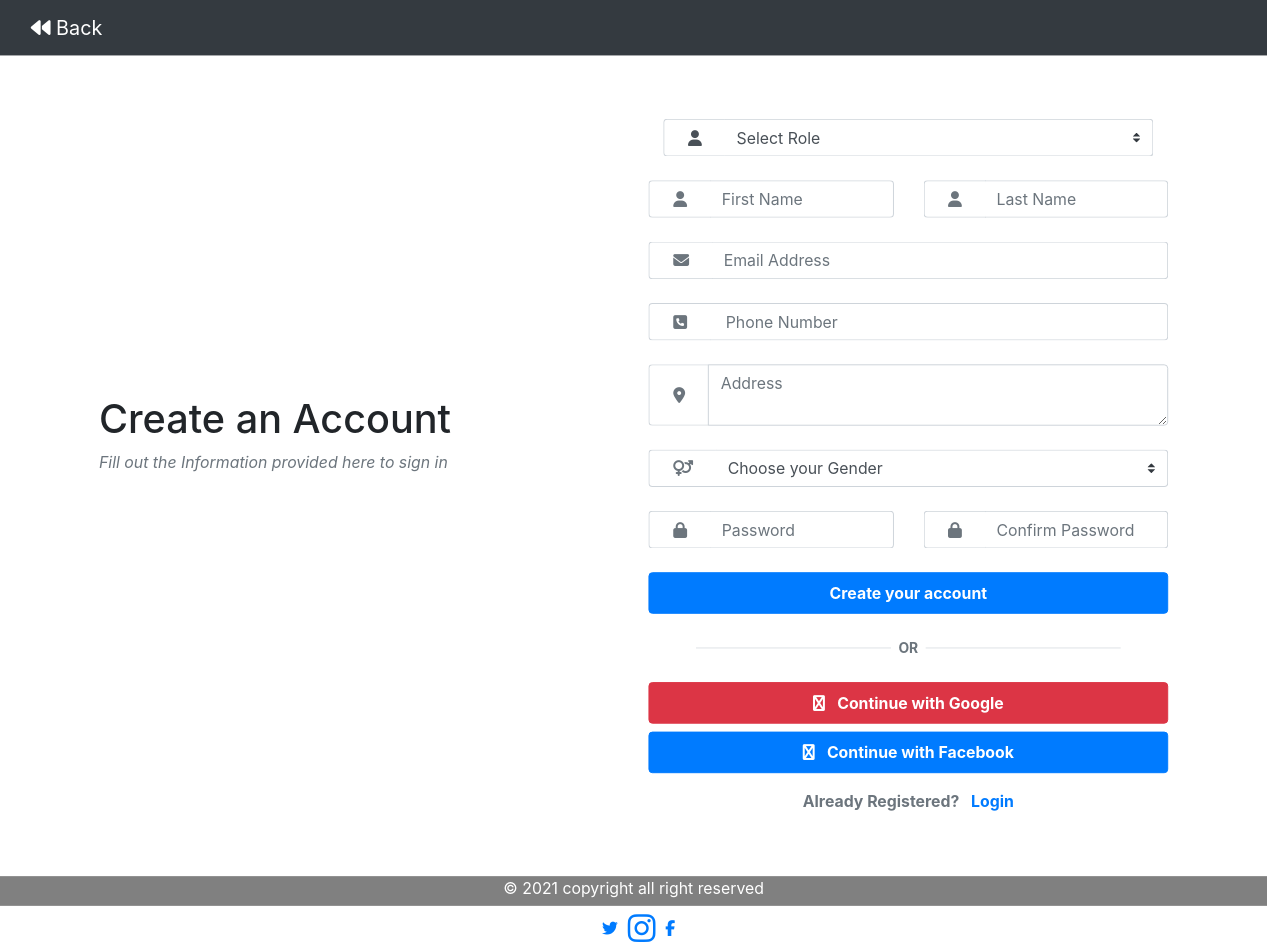
Repository: kalaprabhakar/Event_Management
Page: http://localhost/Event_Management_System/WEB-INF/pages/registration.jsp
An editor plug-in stored every save of this project. The page is shown before and after the next save, followed by the edit.
The browser window is 1280 px wide. The pictures show the whole page, at 99% of full size.
Some web libraries are served in a nearby version. The page is served by Tomcat 10. Nobody is signed in. The template is opened directly, without the code that normally fills it, so the values that code supplies are empty.

Above is the page before, as saved 2024-05-13 11:41:31.
Console error: ReferenceError: validatePassword is not defined

After the next save:
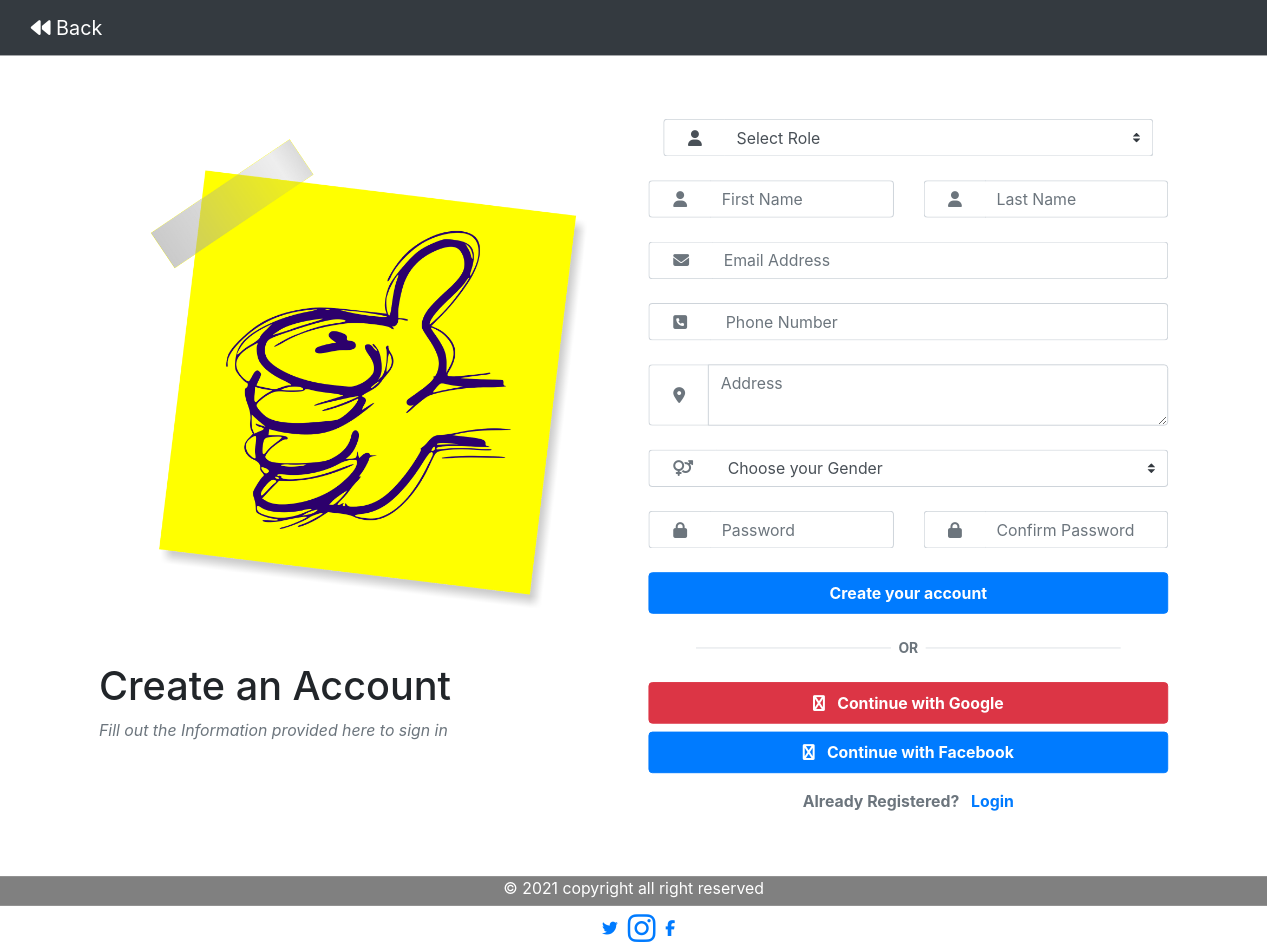
Saved 9 min 13 s later.
--- a/Hyscaler/Event_Management_System/src/main/webapp/WEB-INF/pages/registration.jsp
+++ b/Hyscaler/Event_Management_System/src/main/webapp/WEB-INF/pages/registration.jsp
@@ -16,9 +16,9 @@
   <section class="container ">
   		<div class="container">
     			<div class="row align-items-center my-5">
-        				<!-- For Demo Purpose -->
+
         				<div class="col-md-12 col-lg-6 col-sm-12 mb-5">
-            			<!-- <img src="assets/picture/icons/thumbs-up.png" alt="" class="img-fluid mb-3 d-none d-md-block"> -->
+            			<img src="images/thumbs-up.png" alt="" class="img-fluid mb-3 d-none d-md-block">
        						<h1>Create an Account</h1>
            					<p class="font-italic text-muted mb-0">Fill out the Information provided here to sign in</p>
            			    	<div c:if="${reg_error != null}">
